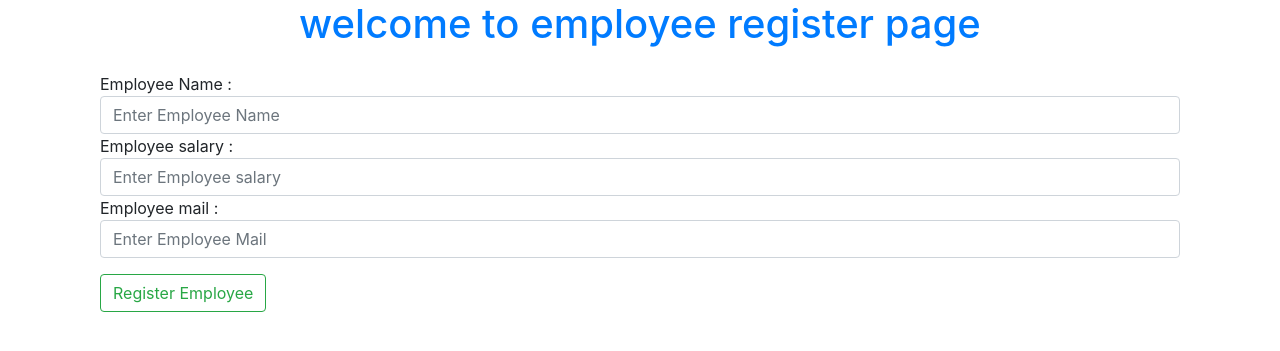
Repository: lokeshsukhwal/EmployeeMiniProject
Page: http://localhost/EmployeeEdit
An editor plug-in stored every save of this project. The page is shown before and after the next save, followed by the edit.
The browser window is 1280 px wide. The pictures show the whole page.
The page is this project's Thymeleaf template; nobody is signed in. The template is opened directly, without the code that normally fills it, so the values that code supplies are empty.

Above is the page before, as saved 2023-01-16 12:06:28.

### SpringBootMvc-ThymeleafMySqlCrudMiniProject/src/main/resources/templates/EmployeeEdit.html
<!DOCTYPE html>
<html>
<head>
<meta charset="ISO-8859-1">
<title>Employee register page</title>
<link rel="stylesheet"
	href="https://cdn.jsdelivr.net/npm/bootstrap@4.0.0/dist/css/bootstrap.min.css"
	integrity="sha384-Gn5384xqQ1aoWXA+058RXPxPg6fy4IWvTNh0E263XmFcJlSAwiGgFAW/dAiS6JXm"
	crossorigin="anonymous">
</head>
<body>
<div class="container">
	<h1 class=" text-primary text-center">welcome to employee register page</h1>
	<div class="container">
		<form action="save" method="post" class="mt-4">
			Employee Name : <input type="text" name="empName"
				class="form-control" placeholder="Enter Employee Name">
			Employee salary : <input type="text" name="empSalary"
				class="form-control" placeholder="Enter Employee salary">
			Employee mail : <input type="email" name="empMail"
				class="form-control" placeholder="Enter Employee Mail">

		<button type="button" class="btn btn-outline-success mt-3">Register Employee</button>

		</form>
	</div>
	</div>

</body>
</html>

After the next save:
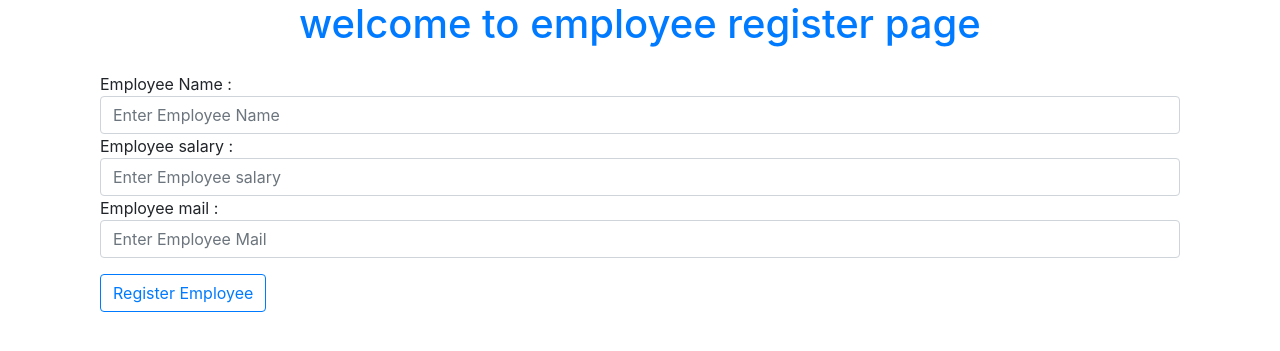
Saved 40 s later.
--- a/SpringBootMvc-ThymeleafMySqlCrudMiniProject/src/main/resources/templates/EmployeeEdit.html
+++ b/SpringBootMvc-ThymeleafMySqlCrudMiniProject/src/main/resources/templates/EmployeeEdit.html
@@ -20,7 +20,7 @@
 			Employee mail : <input type="email" name="empMail"
 				class="form-control" placeholder="Enter Employee Mail">
 
-		<button type="button" class="btn btn-outline-success mt-3">Register Employee</button>
+		<button type="button" class="btn btn-outline-primary mt-3">Register Employee</button>
 
 		</form>
 	</div>
